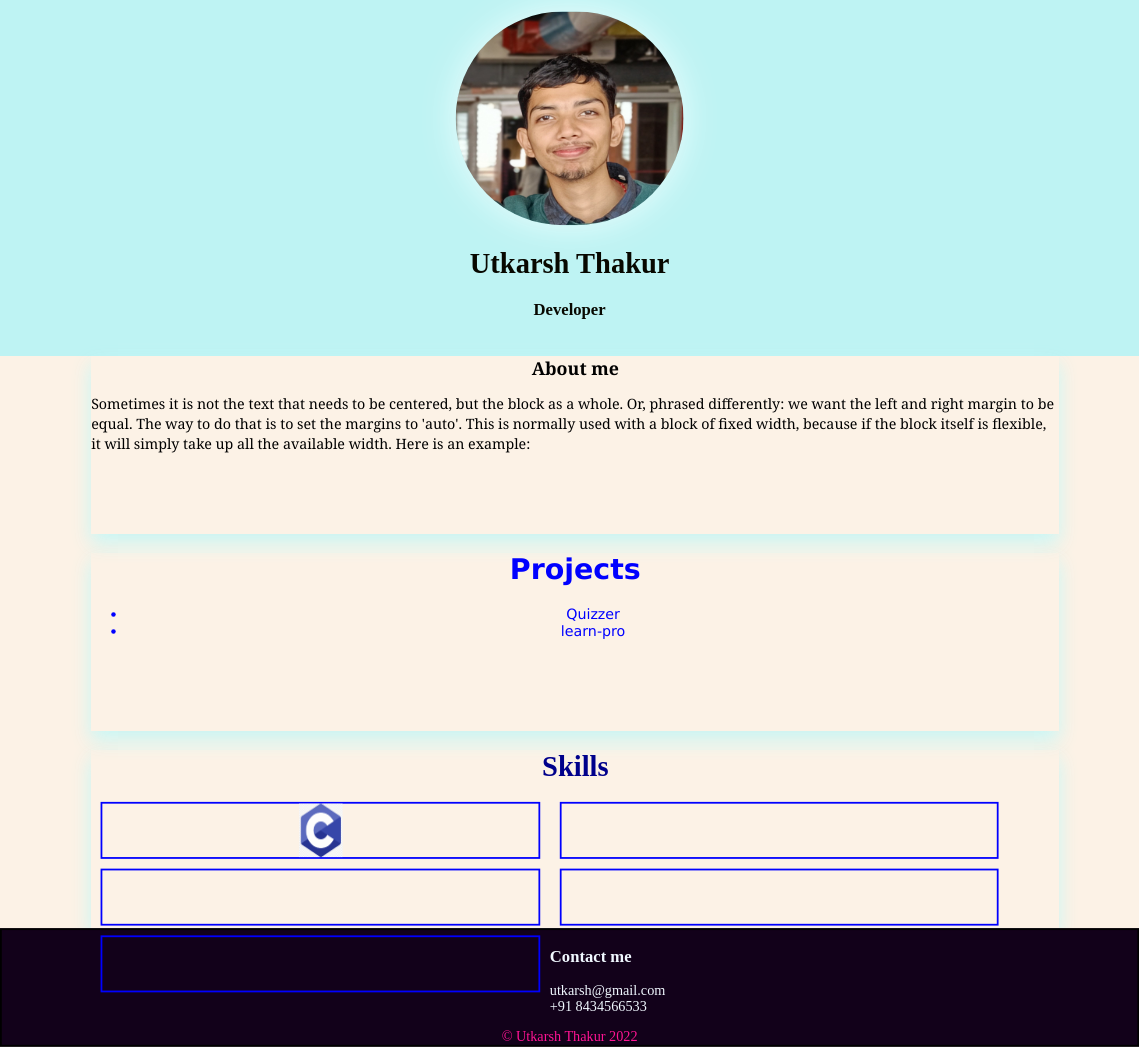
Repository: UtkarshThakur321/Utkarsh-Thakur-Profile
Page: index.html
The author's editor kept a copy of each file at every save. The page is drawn from the files as they stood at one save, then again after the next save.
The browser window is 1280 px wide. The pictures show the whole page, at 89% of full size.

Above is the page before, as saved 2022-01-23 00:06:28.
Not found: main.js

After the next save:
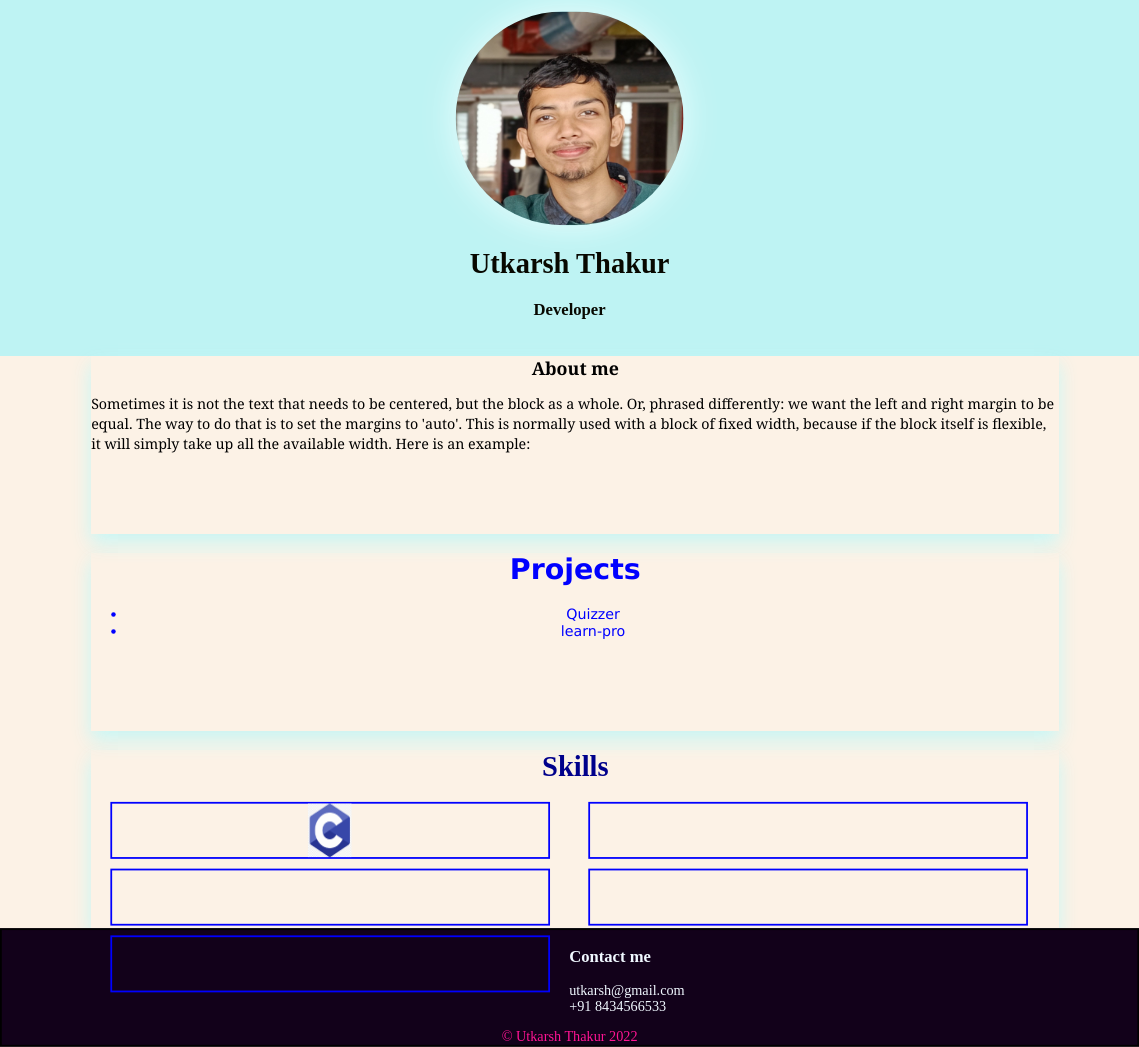
Saved 37 s later.
--- a/index.css
+++ b/index.css
@@ -78,7 +78,7 @@ body{
 }
 .skillsContent{
     height:60px;
-    margin:0% 1% 1%;
+    margin:0% 2% 1%;
     width:45%;
     float:left;
 
